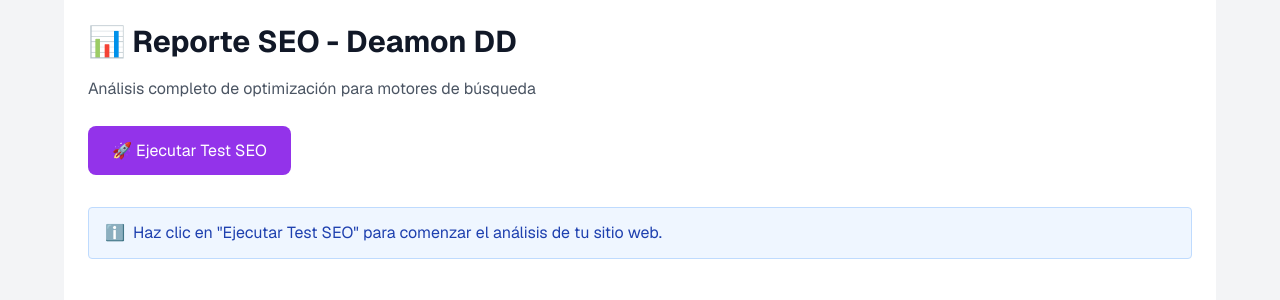
Repository: francoluca35/deamon-dd
Page: /seo-test
The author's editor kept a copy of each file at every save. The page is drawn from the files as they stood at one save, then again after the next save.
The browser window is 1280 px wide. The pictures show the whole page.
The project was rebuilt for these pictures with package versions that can differ from the ones it lists, and the page was loaded fresh each time. The framework's server and built-in components were replaced by stand-ins that run in the browser. Also part of the build but not shown: next.config.mjs, app/components/ErrorBoundary.js.

Above is the page before, as saved 2025-09-10 00:39:59.

### app/layout.js
import { Geist, Geist_Mono } from "next/font/google";
import "./globals.css";
import ErrorBoundary from "./components/ErrorBoundary";

const geistSans = Geist({
  variable: "--font-geist-sans",
  subsets: ["latin"],
  display: 'swap',
  preload: true,
});

const geistMono = Geist_Mono({
  variable: "--font-geist-mono",
  subsets: ["latin"],
  display: 'swap',
});

export const metadata = {
  title: {
    default: "Deamon DD - Desarrollo Web Buenos Aires",
    template: "%s | Deamon DD"
  },
  description: "Agencia de desarrollo web y diseño digital en Buenos Aires. Creamos sitios web profesionales y aplicaciones que impulsan tu negocio.",
  keywords: [
    "desarrollo web",
    "diseño web",
    "agencia digital",
    "páginas web profesionales",
    "aplicaciones web",
    "marketing digital",
    "Buenos Aires",
    "Argentina",
    "diseño UX/UI",
    "programación web",
    "e-commerce",
    "sitios web responsive"
  ],
  authors: [{ name: "Deamon DD", url: "https://deamondd.com" }],
  creator: "Deamon DD",
  publisher: "Deamon DD",
  formatDetection: {
    email: false,
    address: false,
    telephone: false,
  },
  metadataBase: new URL('https://deamon-dd.vercel.app'),
  alternates: {
    canonical: '/',
  },
  openGraph: {
    title: "Deamon DD - Desarrollo Web Buenos Aires",
    description: "Agencia de desarrollo web y diseño digital en Buenos Aires. Creamos sitios web profesionales que impulsan tu negocio.",
    url: 'https://deamon-dd.vercel.app',
    siteName: 'Deamon DD',
    images: [
      {
        url: '/assets/deamon-2-N-T.png',
        width: 1200,
        height: 630,
        alt: 'Deamon DD - Agencia de Desarrollo Web',
      },
    ],
    locale: 'es_AR',
    type: 'website',
  },
  twitter: {
    card: 'summary_large_image',
    title: "Deamon DD - Desarrollo Web Buenos Aires",
    description: "Agencia de desarrollo web y diseño digital en Buenos Aires. Creamos sitios web profesionales que impulsan tu negocio.",
    images: ['/assets/deamon-2-N-T.png'],
    creator: '@deamondd',
  },
  robots: {
    index: true,
    follow: true,
    googleBot: {
      index: true,
      follow: true,
      'max-video-preview': -1,
      'max-image-preview': 'large',
      'max-snippet': -1,
    },
  },
  verification: {
    google: 'your-google-verification-code',
  },
};

export default function RootLayout({ children }) {
  return (
    <html lang="es" className="scroll-smooth">
      <head>
        <link rel="preconnect" href="https://fonts.googleapis.com" />
        <link rel="preconnect" href="https://fonts.gstatic.com" crossOrigin="anonymous" />
        <link rel="dns-prefetch" href="https://www.youtube.com" />
        <link rel="dns-prefetch" href="https://calendly.com" />
        <link rel="dns-prefetch" href="https://wa.me" />
        <meta name="theme-color" content="#673372" />
        <meta name="msapplication-TileColor" content="#673372" />
        <link rel="icon" href="/favicon.ico" sizes="any" />
        <link rel="icon" href="/assets/deamon-icon-B.png" type="image/png" />
        <link rel="apple-touch-icon" href="/assets/deamon-icon-B.png" />
        <script
          type="application/ld+json"
          dangerouslySetInnerHTML={{
            __html: JSON.stringify({
              "@context": "https://schema.org",
              "@type": "Organization",
              "name": "Deamon DD",
              "description": "Agencia de desarrollo web y diseño digital",
              "url": "https://deamon-dd.vercel.app",
              "logo": "https://deamon-dd.vercel.app/assets/deamon-2-N-T.png",
              "contactPoint": {
                "@type": "ContactPoint",
                "telephone": "+54-11-3119-9882",
                "contactType": "customer service",
                "email": "francolucap1@gmail.com"
              },
              "address": {
                "@type": "PostalAddress",
                "addressLocality": "Buenos Aires",
                "addressCountry": "AR"
              },
              "sameAs": [
                "https://wa.me/541131199882"
              ],
              "service": [
                {
                  "@type": "Service",
                  "name": "Desarrollo Web",
                  "description": "Desarrollo de sitios web profesionales y aplicaciones web"
                },
                {
                  "@type": "Service",
                  "name": "Diseño Digital",
                  "description": "Diseño gráfico y UX/UI para aplicaciones y sitios web"
                }
              ]
            })
          }}
        />
      </head>
      <body
        className={`${geistSans.variable} ${geistMono.variable} antialiased`}
      >
        <ErrorBoundary>
          {children}
        </ErrorBoundary>
      </body>
    </html>
  );
}

### app/seo-test/page.js
"use client";
import SEOReport from '../components/SEOReport';

export default function SEOTestPage() {
  return (
    <div className="min-h-screen bg-gray-100">
      <SEOReport />
    </div>
  );
}

### app/globals.css
@tailwind base;
@tailwind components;
@tailwind utilities;

:root {
  --background: #ffffff;
  --foreground: #171717;
  --primary: #673372;
  --primary-dark: #36203a;
  --accent: #3e085d;
}

@media (prefers-color-scheme: dark) {
  :root {
    --background: #0a0a0a;
    --foreground: #ededed;
  }
}

* {
  box-sizing: border-box;
}

html {
  scroll-behavior: smooth;
  -webkit-font-smoothing: antialiased;
  -moz-osx-font-smoothing: grayscale;
}

body {
  color: var(--foreground);
  background: var(--background);
  font-family: var(--font-geist-sans), system-ui, -apple-system, BlinkMacSystemFont, 'Segoe UI', Roboto, sans-serif;
  line-height: 1.6;
  overflow-x: hidden;
}

/* Optimizaciones de rendimiento */
img {
  max-width: 100%;
  height: auto;
}

/* Mejoras de accesibilidad */
@media (prefers-reduced-motion: reduce) {
  *,
  *::before,
  *::after {
    animation-duration: 0.01ms !important;
    animation-iteration-count: 1 !important;
    transition-duration: 0.01ms !important;
    scroll-behavior: auto !important;
  }
}

/* Focus visible para mejor accesibilidad */
.focus-visible:focus {
  outline: 2px solid var(--primary);
  outline-offset: 2px;
}

/* Utilidades personalizadas */
@layer utilities {
  .text-balance {
    text-wrap: balance;
  }

  .bg-gradient-purple {
    background: linear-gradient(135deg, var(--primary) 0%, var(--primary-dark) 100%);
  }

  .shadow-purple {
    box-shadow: 0 4px 14px 0 rgba(103, 51, 114, 0.25);
  }

  .animate-fade-in {
    animation: fadeIn 0.6s ease-in-out;
  }

  .animate-slide-up {
    animation: slideUp 0.8s ease-out;
  }
}

@keyframes fadeIn {
  from {
    opacity: 0;
  }
  to {
    opacity: 1;
  }
}

@keyframes slideUp {
  from {
    opacity: 0;
    transform: translateY(30px);
  }
  to {
    opacity: 1;
    transform: translateY(0);
  }
}

/* Optimización de fuentes */
.font-display {
  font-display: swap;
}

/* Mejoras para contraste */
.text-high-contrast {
  color: #000000;
}

@media (prefers-contrast: high) {
  .text-high-contrast {
    color: #000000;
  }
}

### app/components/SEOReport.js
"use client";
import { useState, useEffect } from 'react';
import { runSEOTest } from '../lib/seo-tester';

const SEOReport = () => {
  const [report, setReport] = useState(null);
  const [loading, setLoading] = useState(false);
  const [error, setError] = useState(null);

  const runTest = async () => {
    setLoading(true);
    setError(null);
    setReport(null); // Limpiar reporte anterior

    try {
      // Pequeño delay para mostrar el loading
      await new Promise(resolve => setTimeout(resolve, 500));
      const result = await runSEOTest();
      setReport(result);
    } catch (err) {
      console.error('Error en test SEO:', err);
      setError('Error al ejecutar el test SEO: ' + err.message);
    } finally {
      setLoading(false);
    }
  };

  const getScoreColor = (score) => {
    if (score >= 90) return 'text-green-600';
    if (score >= 80) return 'text-green-500';
    if (score >= 70) return 'text-yellow-500';
    if (score >= 60) return 'text-orange-500';
    return 'text-red-500';
  };

  const getScoreBgColor = (score) => {
    if (score >= 90) return 'bg-green-100';
    if (score >= 80) return 'bg-green-50';
    if (score >= 70) return 'bg-yellow-50';
    if (score >= 60) return 'bg-orange-50';
    return 'bg-red-50';
  };

  const getStatusIcon = (passed, warning) => {
    if (passed) return '✅';
    if (warning) return '⚠️';
    return '❌';
  };

  const getStatusColor = (passed, warning) => {
    if (passed) return 'text-green-600';
    if (warning) return 'text-yellow-600';
    return 'text-red-600';
  };

  return (
    <div className="max-w-6xl mx-auto p-6 bg-white">
      <div className="mb-8">
        <h1 className="text-3xl font-bold text-gray-900 mb-4">
          📊 Reporte SEO - Deamon DD
        </h1>
        <p className="text-gray-600 mb-6">
          Análisis completo de optimización para motores de búsqueda
        </p>

        <div className="flex gap-4">
          <button
            onClick={runTest}
            disabled={loading}
            className="bg-purple-600 text-white px-6 py-3 rounded-lg hover:bg-purple-700 disabled:opacity-50 disabled:cursor-not-allowed transition-colors flex items-center gap-2"
          >
            {loading ? (
              <>
                <div className="animate-spin rounded-full h-4 w-4 border-b-2 border-white"></div>
                Analizando...
              </>
            ) : (
              <>
                🚀 Ejecutar Test SEO
              </>
            )}
          </button>

          {report && (
            <button
              onClick={runTest}
              disabled={loading}
              className="bg-gray-600 text-white px-4 py-3 rounded-lg hover:bg-gray-700 disabled:opacity-50 disabled:cursor-not-allowed transition-colors flex items-center gap-2"
            >
              🔄 Recargar Test
            </button>
          )}
        </div>
      </div>

      {error && (
        <div className="bg-red-100 border border-red-400 text-red-700 px-4 py-3 rounded mb-6">
          <div className="flex items-center gap-2">
            <span>❌</span>
            <span>{error}</span>
          </div>
        </div>
      )}

      {!report && !loading && !error && (
        <div className="bg-blue-50 border border-blue-200 text-blue-800 px-4 py-3 rounded mb-6">
          <div className="flex items-center gap-2">
            <span>ℹ️</span>
            <span>Haz clic en &quot;Ejecutar Test SEO&quot; para comenzar el análisis de tu sitio web.</span>
          </div>
        </div>
      )}

      {report && (
        <div className="space-y-6">
          {/* Resumen General */}
          <div className={`${getScoreBgColor(report.score)} p-6 rounded-lg border-2`}>
            <div className="flex items-center justify-between mb-4">
              <h2 className="text-2xl font-bold text-gray-900">Resumen General</h2>
              <div className="text-right">
                <div className={`text-4xl font-bold ${getScoreColor(report.score)}`}>
                  {report.score}/100
                </div>
                <div className="text-lg font-semibold text-gray-700">
                  {report.summary.grade} - {report.summary.status}
                </div>
              </div>
            </div>

            <div className="grid grid-cols-2 md:grid-cols-4 gap-4">
              <div className="text-center">
                <div className="text-2xl font-bold text-green-600">{report.summary.passed}</div>
                <div className="text-sm text-gray-600">Exitosos</div>
              </div>
              <div className="text-center">
                <div className="text-2xl font-bold text-red-600">{report.summary.failed}</div>
                <div className="text-sm text-gray-600">Fallidos</div>
              </div>
              <div className="text-center">
                <div className="text-2xl font-bold text-yellow-600">{report.summary.warnings}</div>
                <div className="text-sm text-gray-600">Advertencias</div>
              </div>
              <div className="text-center">
                <div className="text-2xl font-bold text-blue-600">{report.summary.totalChecks}</div>
                <div className="text-sm text-gray-600">Total Checks</div>
              </div>
            </div>
          </div>

          {/* Detalles por Categoría */}
          <div className="grid gap-6">
            {Object.entries(
              report.details.reduce((acc, detail) => {
                if (!acc[detail.category]) {
                  acc[detail.category] = [];
                }
                acc[detail.category].push(detail);
                return acc;
              }, {})
            ).map(([category, details]) => (
              <div key={category} className="bg-gray-50 p-6 rounded-lg">
                <h3 className="text-xl font-bold text-gray-900 mb-4">{category}</h3>
                <div className="space-y-3">
                  {details.map((detail, index) => (
                    <div
                      key={index}
                      className="flex items-center justify-between p-3 bg-white rounded border"
                    >
                      <div className="flex items-center space-x-3">
                        <span className="text-lg">
                          {getStatusIcon(detail.passed, detail.warning)}
                        </span>
                        <span className="font-medium text-gray-900">
                          {detail.check}
                        </span>
                      </div>
                      <div className={`text-sm ${getStatusColor(detail.passed, detail.warning)}`}>
                        {detail.message}
                      </div>
                    </div>
                  ))}
                </div>
              </div>
            ))}
          </div>

          {/* Recomendaciones */}
          <div className="bg-blue-50 p-6 rounded-lg">
            <h3 className="text-xl font-bold text-gray-900 mb-4">💡 Recomendaciones</h3>
            <div className="space-y-3">
              {report.details
                .filter(detail => !detail.passed && !detail.warning)
                .slice(0, 5)
                .map((detail, index) => (
                  <div key={index} className="flex items-start space-x-3">
                    <span className="text-red-500 mt-1">🔧</span>
                    <div>
                      <div className="font-medium text-gray-900">{detail.check}</div>
                      <div className="text-sm text-gray-600">{detail.message}</div>
                    </div>
                  </div>
                ))}
            </div>
          </div>

          {/* Información Técnica */}
          <div className="bg-gray-100 p-6 rounded-lg">
            <h3 className="text-xl font-bold text-gray-900 mb-4">ℹ️ Información Técnica</h3>
            <div className="grid grid-cols-1 md:grid-cols-2 gap-4 text-sm">
              <div>
                <span className="font-medium">URL:</span> {report.url}
              </div>
              <div>
                <span className="font-medium">Fecha del Test:</span> {new Date(report.timestamp).toLocaleString()}
              </div>
            </div>
          </div>
        </div>
      )}
    </div>
  );
};

export default SEOReport;

### tailwind.config.mjs
/** @type {import('tailwindcss').Config} */
export default {
  content: [
    "./pages/**/*.{js,ts,jsx,tsx,mdx}",
    "./components/**/*.{js,ts,jsx,tsx,mdx}",
    "./app/**/*.{js,ts,jsx,tsx,mdx}",
  ],
  theme: {
    extend: {
      colors: {
        background: "var(--background)",
        foreground: "var(--foreground)",
      },
      animation: {
        "float-slow": "float 3s ease-in-out infinite",
        loadingBar: "loadingBar 1.5s ease-in-out forwards", // 🔧 Aquí va bien
      },
      keyframes: {
        float: {
          "0%": { transform: "translateY(0)" },
          "50%": { transform: "translateY(-10px)" },
          "100%": { transform: "translateY(0)" },
        },
        loadingBar: {
          "0%": { width: "0%" },
          "100%": { width: "100%" },
        },
      },
    },
  },
  plugins: [],
};

Loaded but not shown: app/lib/seo-tester.js (library)

After the next save:
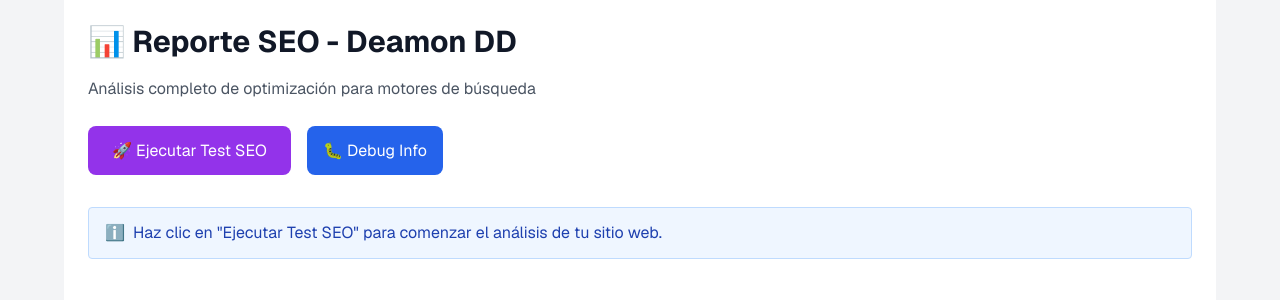
Saved 6 s later.
--- a/app/components/SEOReport.js
+++ b/app/components/SEOReport.js
@@ -90,6 +90,21 @@ const SEOReport = () => {
               🔄 Recargar Test
             </button>
           )}
+
+          <button
+            onClick={() => {
+              console.log('🔍 Debug: Verificando elementos del DOM...');
+              console.log('Title:', document.querySelector('title')?.textContent);
+              console.log('Meta description:', document.querySelector('meta[name="description"]')?.content);
+              console.log('H1 tags:', document.querySelectorAll('h1').length);
+              console.log('Images:', document.querySelectorAll('img').length);
+              console.log('Links:', document.querySelectorAll('a[href]').length);
+              console.log('Protocol:', window.location.protocol);
+            }}
+            className="bg-blue-600 text-white px-4 py-3 rounded-lg hover:bg-blue-700 transition-colors flex items-center gap-2"
+          >
+            🐛 Debug Info
+          </button>
         </div>
       </div>
 
